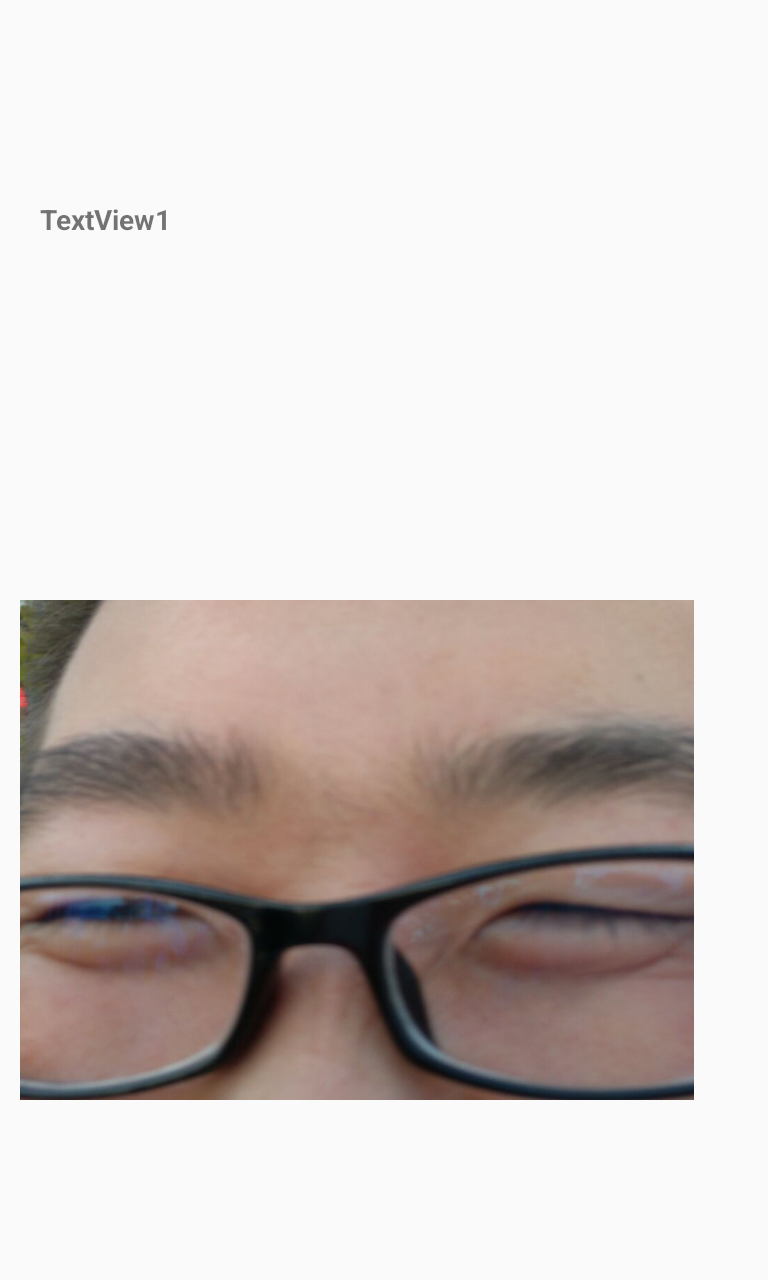
Repository: mjchow/qiuyi
Layout: demo1/res/layout/activity_main.xml
An editor plug-in stored every save of this project. The layout is shown before and after the next save, followed by the edit.
It is drawn on a 768 x 1280 px phone screen (xhdpi) without system bars, with theme AppTheme; the app's code is not run.

Above is the layout before, as saved 2014-12-25 16:08:31.

### demo1/res/layout/activity_main.xml
<FrameLayout xmlns:android="http://schemas.android.com/apk/res/android"
    xmlns:tools="http://schemas.android.com/tools"
    android:id="@+id/container"
    android:layout_width="match_parent"
    android:layout_height="match_parent"
    tools:context="com.example.demo1.MainActivity"
    tools:ignore="MergeRootFrame" >

    <ImageView
         android:id="@+id/imageview1"
         android:layout_marginTop="300dp"
         android:layout_marginLeft="10dp"
         android:layout_width="900dp"
         android:layout_height="250dp"
         android:scaleType="fitStart"
         android:src="@drawable/ydt1" />
      <TextView
        android:id="@+id/textView1"
        android:layout_width="wrap_content"
        android:layout_height="wrap_content"
        android:layout_marginLeft = "20dp"
        android:layout_marginTop = "100dp"
        android:textStyle="bold"
        android:text="TextView1" />

    <!--  <TextView
        android:id="@+id/textView2"
        android:layout_marginTop="100dp"
        android:layout_width="wrap_content"
        android:layout_height="wrap_content"
        android:text="TextView2" />
        -->

</FrameLayout>

Loaded but not shown: demo1/res/values/styles.xml (common file); demo1/res/values-v11/styles.xml (common file); demo1/res/values-v14/styles.xml (common file)

After the next save:
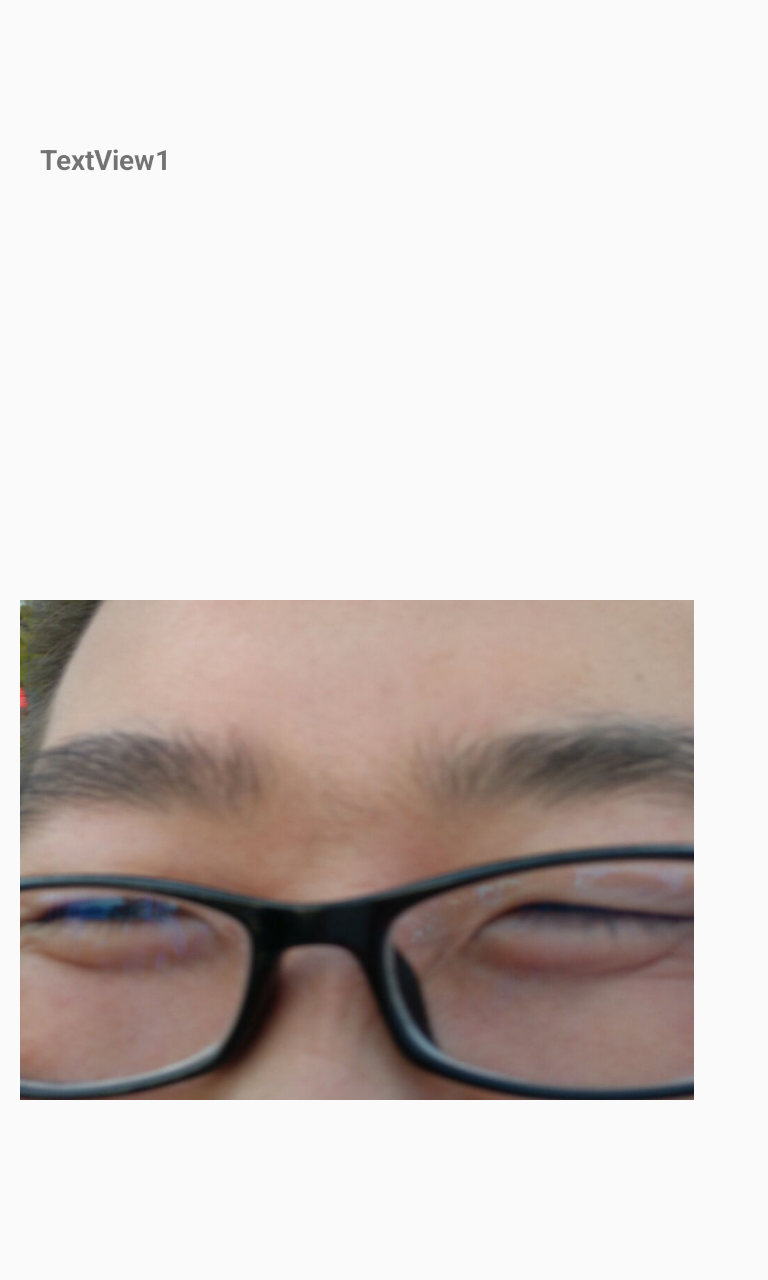
Saved 34 s later.
--- a/demo1/res/layout/activity_main.xml
+++ b/demo1/res/layout/activity_main.xml
@@ -19,7 +19,7 @@
         android:layout_width="wrap_content"
         android:layout_height="wrap_content"
         android:layout_marginLeft = "20dp"
-        android:layout_marginTop = "100dp"
+        android:layout_marginTop = "70dp"
         android:textStyle="bold"
         android:text="TextView1" />
 
